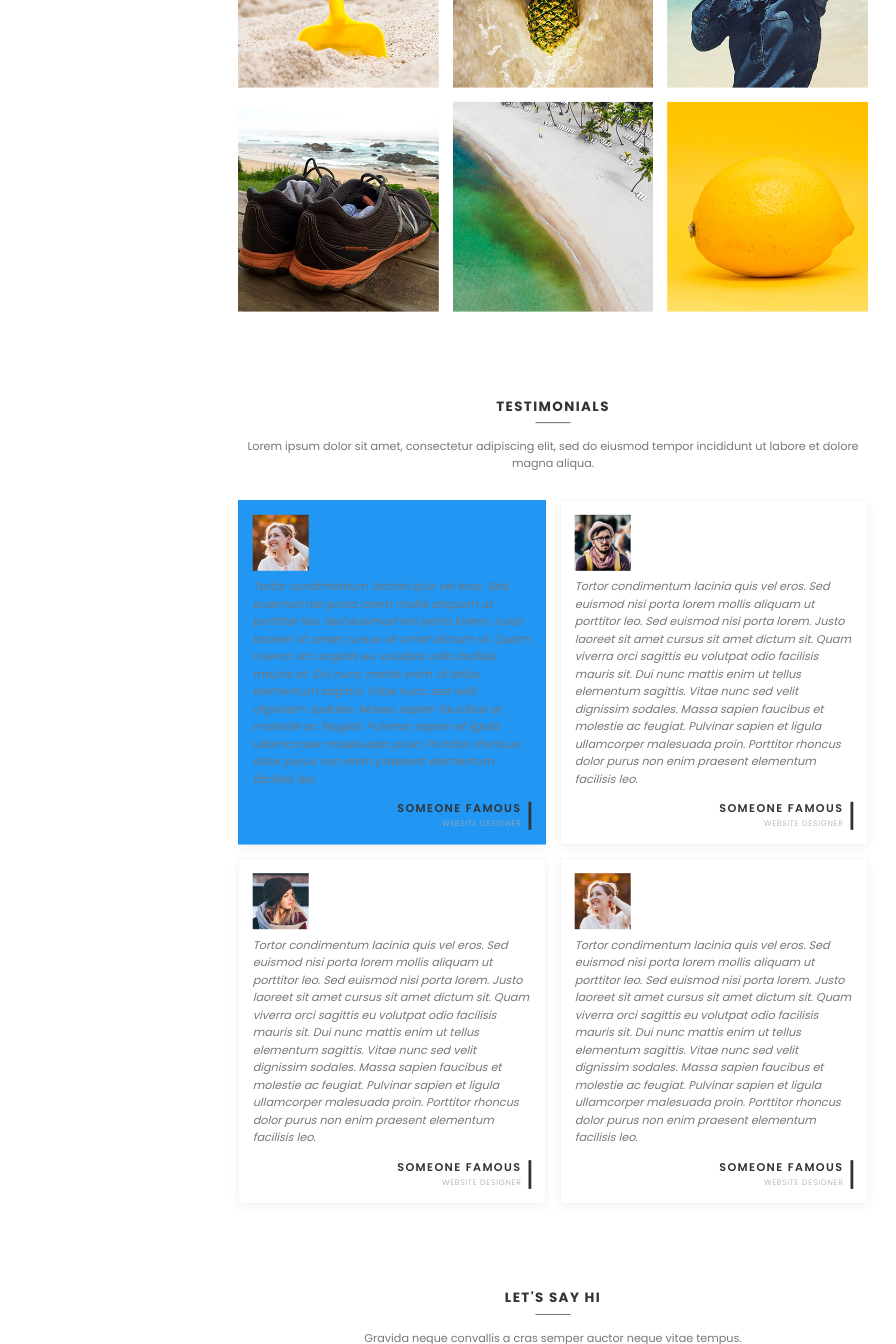
Repository: RussPalms/portforlio-1
Page: index.html
An editor plug-in stored every save of this project. The page is shown before and after the next save, followed by the edit.
The browser window is 1280 px wide. The pictures show the part of the page from y = 3168 to 5088 px (the page is 5693 px tall), at 70% of full size.
The pointer rests on the first visible `.testimonials .content .testimonialsBox`.

Above is the page before, as saved 2021-11-28 16:05:33.

After the next save:
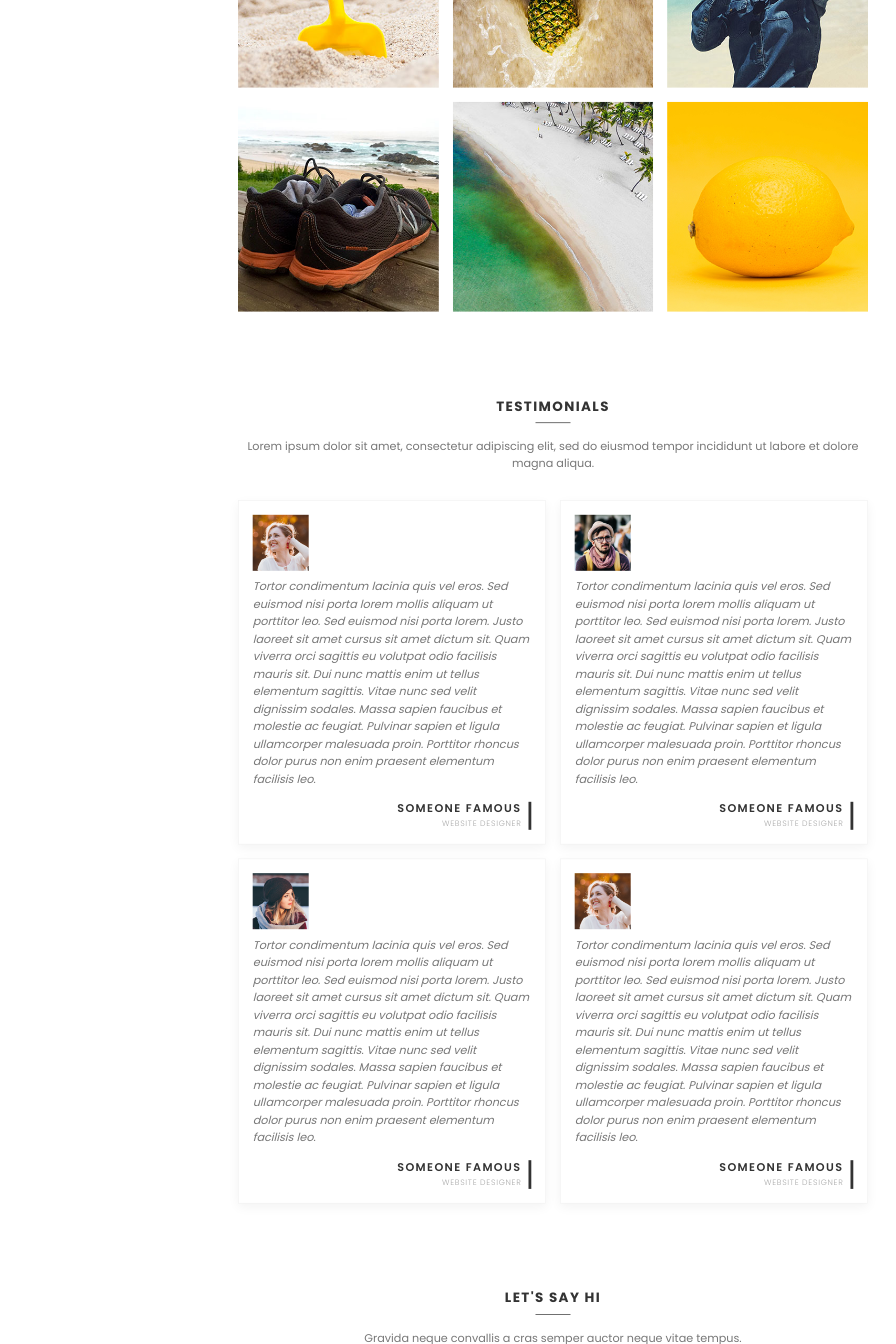
Saved 14 s later.
--- a/style.css
+++ b/style.css
@@ -436,7 +436,7 @@ p {
 	padding: 20px;
 }
 
-.testimonials .content .testimonialsBox:hover {
+.dark .testimonials .content .testimonialsBox:hover {
 	background: #2196f3;
 }
 
